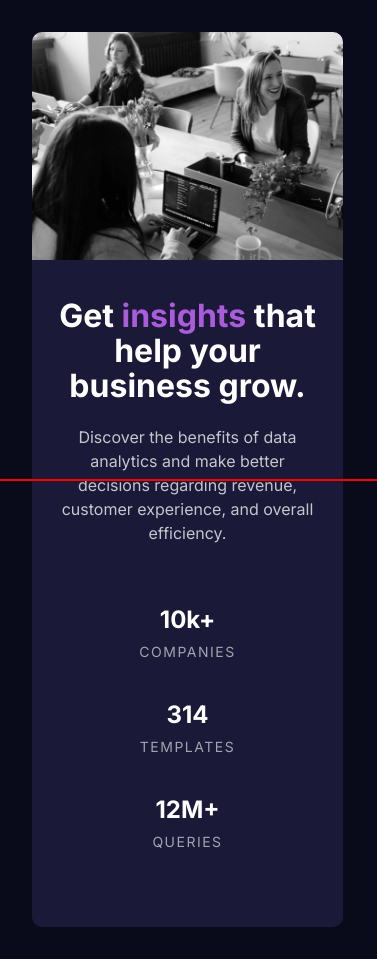
Repository: keisewarsame/stats-preview-frontendmentor
Page: index.html
The author's editor kept a copy of each file at every save. The page is drawn from the files as they stood at one save, then again after the next save.
The browser window is 375 px wide. The page is 377 px wide, so the pictures cover 377 px, including what lies to the right of the window. The pictures show the whole page.

Above is the page before, as saved 2022-07-12 14:59:48.

After the next save:
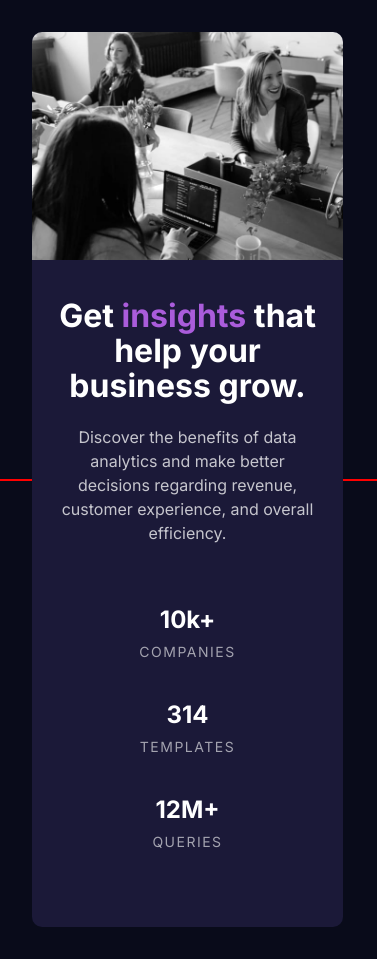
Saved 9 s later.
--- a/styles.css
+++ b/styles.css
@@ -119,7 +119,7 @@ img {
         top: 0;
         border: 1px solid red;
         background-color: red;
-        z-index: 1;
+
 
     }
 
